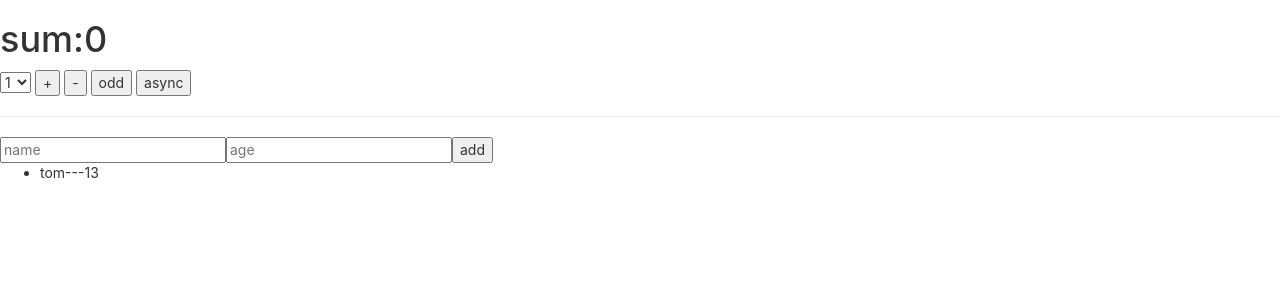
Repository: Shanshan67/React_a
Page: /
The author's editor kept a copy of each file at every save. The page is drawn from the files as they stood at one save, then again after the next save.
The browser window is 1280 px wide. The pictures show the whole page.
The project was rebuilt for these pictures with package versions that can differ from the ones it lists, and the page was loaded fresh each time.

Above is the page before, as saved 2022-12-09 00:14:04.

After the next save:
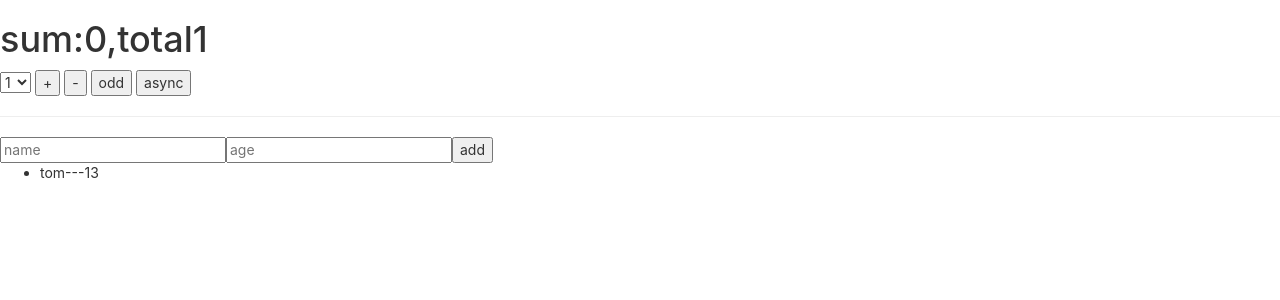
Saved 50 s later.
--- a/src/containers/Count/index.jsx
+++ b/src/containers/Count/index.jsx
@@ -27,7 +27,7 @@ import {createIncrementAction,
     render() {
     return (
         <div>
-            <h1>sum:{this.props.count} </h1>
+            <h1>sum:{this.props.count},total{this.props.renshu} </h1>
             <select ref={c=>this.selectNumber=c}>
                 <option value="1">1</option>
                 <option value="2">2</option>
